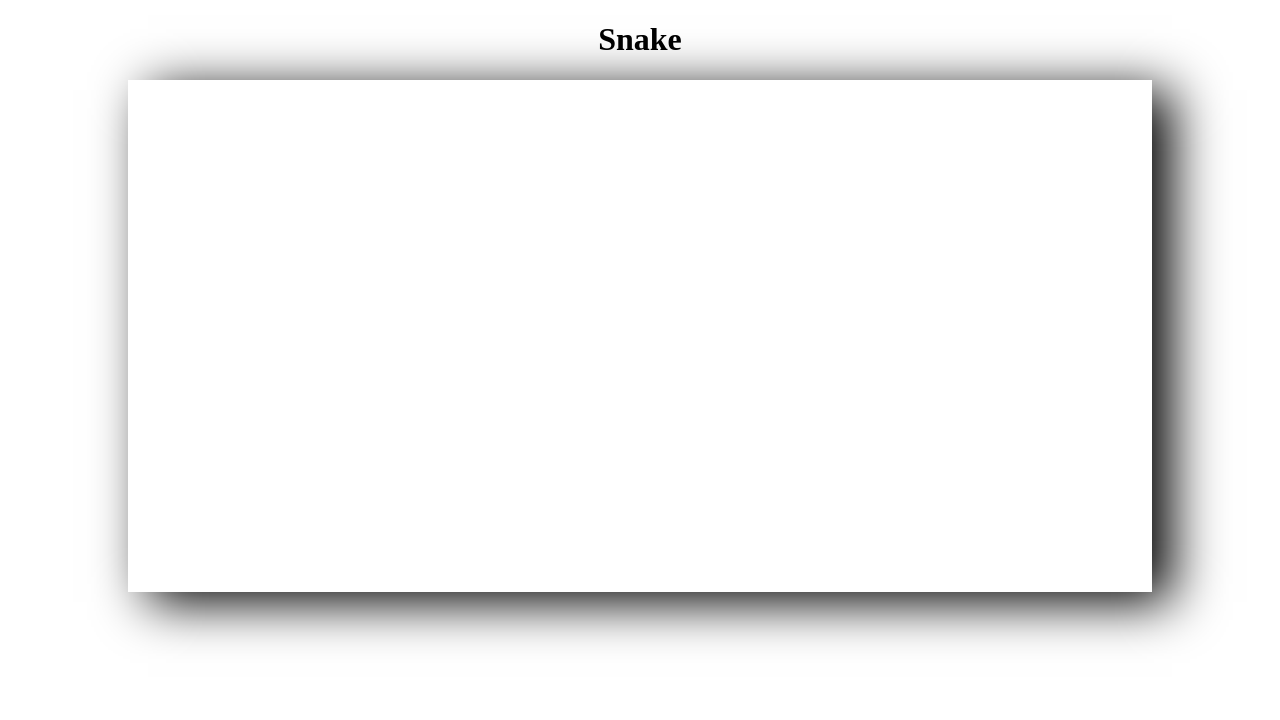
Repository: Ellisvelandia/snake
Page: index.html
These files come from the project's save history. The page is drawn as it stood at one moment and after a run of saves; the edit follows.
The browser window is 1280 px wide. The pictures show the whole page.

Above is the page before, as saved 2022-08-26 22:21:41.

After the next 2 saves:
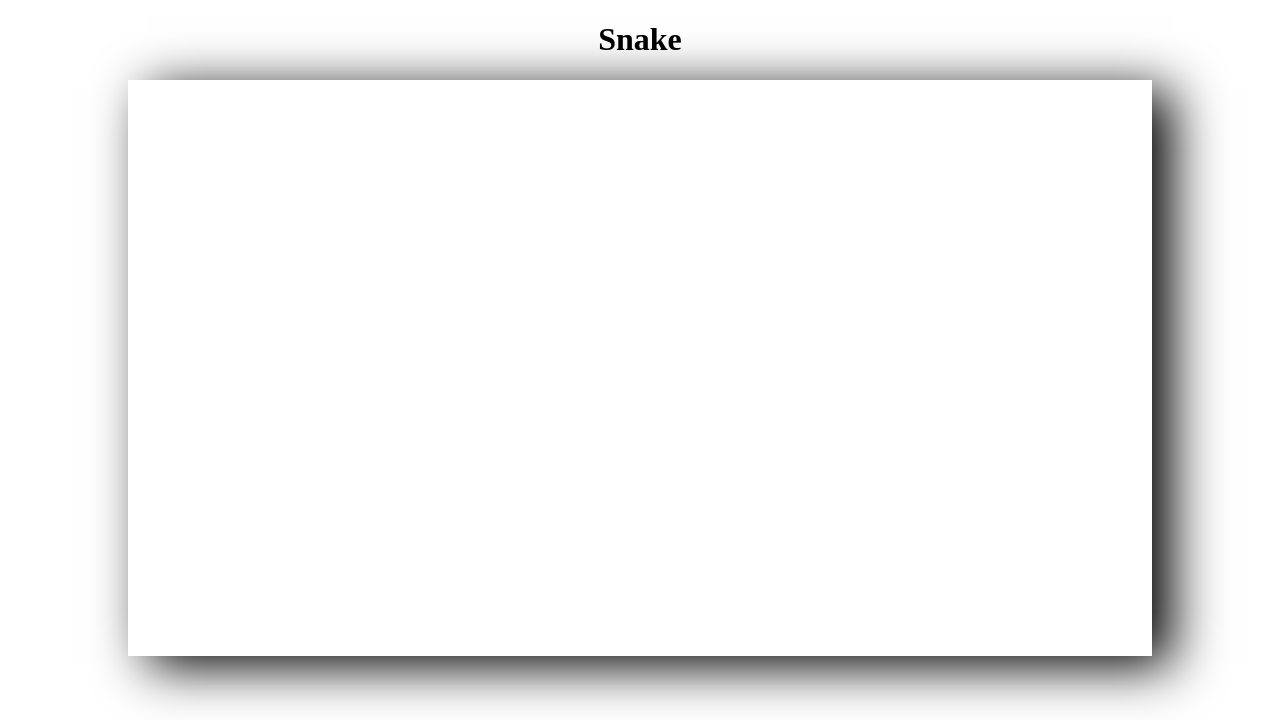
The 2 saves are shown as one change because they came seconds apart.
The last was saved 5 s later.
--- a/style.css
+++ b/style.css
@@ -10,5 +10,5 @@
 canvas {
   box-shadow: #000 20px 10px 50px;
   width:  80vw;
-  height: "400";
+  height: 80vh;
 }
